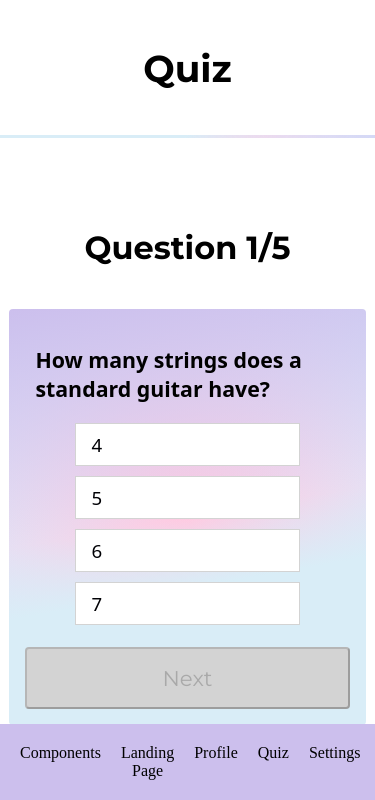
Repository: 1medi/pocketprof
Page: /quiz/page
These files come from the project's save history. The page is drawn as it stood at one moment and after the next save; the edit follows.
The browser window is 375 px wide. The pictures show the whole page.
The project was rebuilt for these pictures with package versions that can differ from the ones it lists, and the page was loaded fresh each time. The framework's server and built-in components were replaced by stand-ins that run in the browser. Also part of the build but not shown: next.config.mjs, Components/Buttons/Oscar/Oscar.module.css, Components/Buttons/Oscar/index.js.

Above is the page before, as saved 2024-04-13 21:38:48.

### pages/quiz/page.jsx
'use client';
import React, { useState, useRef, useEffect } from 'react';
import { quiz } from "../data"
import styles from "./page.module.css"
import { Montserrat } from "next/font/google"
import Header from '@/Components/Header';
import NavBar from "@/Components/Navbar"


const notoSans = Montserrat({
  subsets: ['latin'],
});

export default function Page() {
  const [activeQuestion, setActiveQuestion] = useState(0);
  const [selectedAnswer, setSelectedAnswer] = useState('');
  const [checked, setChecked] = useState(false);
  const [selectedAnswerIndex, setSelectedAnswerIndex] = useState(null);
  const [showResult, setShowResult] = useState(false);
  const [result, setResult] = useState({
    score: 0,
    correctAnswers: 0,
    wrongAnswers: 0,
  });

  const nextButtonRef = useRef(null);

  const { questions } = quiz;
  const { answers, correctAnswer } = questions[activeQuestion];

  const onAnswerSelected = (answer, idx, event = null) => {
    if (event && event.type === 'keydown' && (event.key !== 'Enter' && event.key !== ' ')) {
      return;
    }
    setChecked(true);
    setSelectedAnswerIndex(idx);
    if (answer === correctAnswer) {
      setSelectedAnswer(true);
      console.log('true');
    } else {
      setSelectedAnswer(false);
      console.log('false');
    }
  };


  useEffect(() => {
    if (checked && nextButtonRef.current) {
      nextButtonRef.current.focus();
    }
  }, [checked]);

  const nextQuestion = () => {
    setSelectedAnswerIndex(null);
    setResult((prev) =>
      selectedAnswer
        ? {
            ...prev,
            score: prev.score + 5,
            correctAnswers: prev.correctAnswers + 1,
          }
        : {...prev,
            wrongAnswers: prev.wrongAnswers + 1,
          }
    );
    if (activeQuestion !== questions.length - 1) {
      setActiveQuestion((prev) => prev + 1);
    } else {
      setActiveQuestion(0);
      setShowResult(true);
    }
    setChecked(false);
  };

  return (
    <>
    <Header name="Quiz"/>
      <div className={`${styles.container}`}>

      <div>
        <h2 className={styles.activeQ}>
          Question {activeQuestion + 1}
          <span>/{questions.length}</span>
        </h2>
      </div>
      <div>
        {!showResult ? (
          <div className={styles.quizContainer}>
            <h3 className={styles.question}>{questions[activeQuestion].question}</h3>
            {answers.map((answer, idx) => (
              <li
                key={idx}
                onClick={() => onAnswerSelected(answer, idx)}
                onKeyDown={(event) => onAnswerSelected(answer, idx, event)}
                className={`${styles.answerList} ${selectedAnswerIndex === idx ? styles.itemSelected : styles.itemHover}`}
                tabIndex={0}>
                <span>{answer}</span>
              </li>
            ))}

            <button
              ref={nextButtonRef}
              onClick={nextQuestion}
              className={checked ? styles.btn : styles.btnDisabled}
              tabIndex={2}
              disabled={!checked}>
              {activeQuestion === questions.length - 1 ? 'Finish' : 'Next'}
            </button>
          </div>
        ) : (
          <div className={styles.quizContainer}>
            <h3 className={styles.hthree}>Results</h3>
            <h3 className={styles.hthree}>Overall {(result.score / (questions.length * 5)) * 100}%</h3>
            <div className={styles.resultBox}>
              <p className={styles.paragraph}>
              Total Questions: <span>{questions.length}</span>
            </p>
            <p className={styles.paragraph}>
              Total Score: <span>{result.score}</span>
            </p>
            <p className={styles.paragraph}>
              Correct Answers: <span>{result.correctAnswers}</span>
            </p>
            <p className={styles.paragraph}>
              Wrong Answers: <span>{result.wrongAnswers}</span>
            </p>
            </div>
            <button className={styles.btn} onClick={() => window.location.reload()}>Restart</button>
          </div>
        )}
      </div>
    </div>
    <NavBar/>
    </>

  );
};

### styles/globals.css
:root {
background-color: white;
align-content: center;
--main-color-purple: #53239B;
--main-color-lightpurple: #CCBFED;
--secondary-color-blue: #9AB7F9;
--secondary-color-lightblue: #CCE3FB;

--font-header: 34pt ;
--font-section-header: 28pt;
--font-sub-header: 24pt;
--font-button: 16pt;
--font-body: 16pt;
--font-secondary: 14pt;
--font-tertiary:12pt;

--headings: "Montserrat", "sans-serif";;
--body-text: "Noto Sans", sans-serif;

}


* {
    padding: 0;
    margin: 0;
  }

  ol,
  ul {
    list-style: none;
  }

### pages/data.js
export const quiz = {
    totalQuestions: 5,
    questions: [
      {
        id: 1,
        question: 'How many strings does a standard guitar have?',
        answers: ['4', '5', '6', '7'],
        correctAnswer: '6',
      },
      {
        id: 2,
        question: 'Which part of the guitar do you strum or pluck the strings with?',
        answers: ['Headstock', 'Fretboard', 'Body', 'Bridge'],
        correctAnswer: 'Body',
      },
      {
        id: 3,
        question: 'What is a pick used for in playing the guitar?',
        answers: ['Holding the strings down', 'Strumming or plucking the strings', 'Keeping the guitar in tune', 'San Marino'],
        correctAnswer: 'Strumming or plucking the strings',
      },
      {
        id: 4,
        question: 'What is the name of the thickest string on the guitar?',
        answers: ['A string', 'E string', 'D string', 'G string'],
        correctAnswer: 'E string',
      },
      {
        id: 5,
        question: 'Where do you place your fingers to play different notes on the guitar?',
        answers: ['On the body', 'On the headstock', 'On the strings over the fretboard', 'On the tuning pegs'],
        correctAnswer: 'On the strings over the fretboard',
      },
    ],
  };

### pages/quiz/page.module.css

@media only screen and (max-width:431px) {
  .container{
  padding: 1rem 0;
  background-color: white;
  width: 95%;
  margin: auto;
  margin-top: 3rem;
  border-radius: 10px;
  font-size: var(--font-body);

}

.activeQ{
  color: black;
  text-align: center;
  padding:10px;
  font-family: var(--headings);
}

.question{
  font-family: var(--body-text);
  font-size: var(--font-body);
  margin: 20px 10px;

}

.hthree {
  padding-bottom: 2rem;
  color: #000105;
  font-size: 1.8rem;
  font-family: var(--headings);
  font-size: var(--font-sub-header);
}

.btn {
  padding: 16px 8px;
  width: 100%;
  margin-top: 12px;
  font-size: var(--font-button);
  border-radius: 5px;
  cursor: pointer;
  background-color: var(--main-color-purple);
  color: white;
  font-family: var(--headings);
  align-self: center;
}

.btnDisabled {
  background-color: lightgray;
  padding: 16px 8px;
  width: 100%;
  margin-top: 12px;
  font-size: var(--font-button);
  border-radius: 4px;
  color: darkgray;
  font-family: var(--headings);
}

.answerList {
  list-style-type: none;
  cursor: pointer;
  margin: 10px 50px;
  padding: 8px 15px;
  color: #000105;
  border: 1.5px solid lightgray;
  background-color: white;
  font-family: var(--body-text);
  font-size: var(--font-secondary);
}


.activeQ{
  margin: 1rem;
}

.itemHover:hover {
  background-color: #CCBFED;
  columns: #fff;
}

.itemSelected {
  color: #474747;
  background-color:#8E71D5;
}

.quizContainer {
  background: linear-gradient(-10deg, #d9edf7 35%, rgba(237, 202, 216, 0) 50%, var(--main-color-lightpurple)), radial-gradient(circle, #ffcae1 0, #daeafc 100%);
  padding: 1rem;
  margin-top: 2rem;
  border-radius: 4px;
}

.paragraph {
  padding: 8px 0;
  font-size: var(--font-body);
  font-family: var(--body-text);
  margin: 10px;
  padding: 8px 30px;
  color: #000105;
  border-bottom: 1.5px solid lightgray;
  background-color: white;
}

.resultBox{
  background-color: white;
  padding: 2rem;
  width: fit-content;
  display: flex;
  flex-direction: column;
  align-self: center;

}

}

### Components/Header/index.js
import styles from "@/Components/Header/Header.module.css"
import Link from "next/link"
import { Montserrat } from "next/font/google"

const montserrat = Montserrat({
  subsets: ['latin'],
});
export default function Header({name}){
  return (
    <>
    <header className={styles.header}>

      <h1 className={styles.headerTitle}>{name}</h1>
    </header>
    </>
  )
}

### Components/Navbar/index.js
import styles from "./Navbar.module.css"
import Oscar from "@/Components/Buttons/Oscar"
import Link from "next/link"

export default function NavBar() {
  return (
    <nav className={styles.nav}>
        <div className={styles.navContainer}>
          <ul className={styles.navOptions}>
            <li className={styles.navLink}>
            <Link href={'/Components'} className={styles.navText}>Components </Link>
            </li>
            <li className={styles.navLink}>
            <Link href={'/LandingPage'} className={styles.navText}>Landing Page </Link>
            </li>
            <li className={styles.navLink}>
            <Link href={'/Profile'} className={styles.navText}>Profile </Link>
            </li>
            <li className={styles.navLink}>
            <Link href={'/QuizPage'} className={styles.navText}>Quiz</Link>
            </li>
            <li className={styles.navLink}>
            <Link href={'/Settings'} className={styles.navText}>Settings</Link>
            </li>
            <li className={styles.navLink}>
            <Link href={'/Subjects'} className={styles.navText}>Subjects</Link>
            </li>
          </ul>

        </div>
    </nav>
  )
}

### Components/Header/Header.module.css
.header{
  max-height: 400;
  height: 6em;
  position: relative;
  padding: 1.3rem;
  backdrop-filter: blur(10px);
  }

  .header::before {
    content: "";
    position: absolute;
    inset: 0;
    border-bottom: 3px solid transparent;
    background: linear-gradient(140deg,  #d9edf7 35%, rgba(237, 202, 216, 0) 50%, var(--main-color-lightpurple)), radial-gradient(circle, #ffcae1 0, #daeafc 100%) border-box;
    mask: linear-gradient(#fff 0 0) padding-box, linear-gradient(#fff 0 0);
    mask-composite: exclude;
  }


.headerTitle{
  text-align: center;
  margin:auto;
  display: flex;
  justify-content: center;
  color: black;
  padding-top: 25px;
  font-family: var(--headings);
  font-size: var(--font-section-header);
}

### Components/Navbar/Navbar.module.css
@media only screen and (max-width:430px) {
  .nav {
  position: fixed;
  bottom: 0;
  left: 0;
  width: 100%;
  display: flex;
  flex-direction: row;
  background-color:var(--main-color-lightpurple);
  justify-content: space-around;
}

.navContainer{
  position: relative;
  justify-content: space-around;
  width: 100%;
}
.buttonContainer{
  padding:10px;

}

.navOptions{
  display: flex;
  flex-direction: row;
  text-align: center;
  justify-content: space-around;
  padding: 10px;
  text-decoration: none;
}

.navLink{
  padding: 10px;
  border-radius: 10px;
  text-decoration: none;
  list-style: none;
  position: relative;
  justify-content: center;
}

.image:hover{
  background-color: #8b82a4;
}

.navText{
  text-decoration: none;
  list-style: none;
  color:black;
}

.navText:visited{
  text-decoration: none;
  list-style: none;
  color: black;
}
}

Loaded but not shown: pages/_app.js (common file); pages/_document.js (common file)

After the next save:
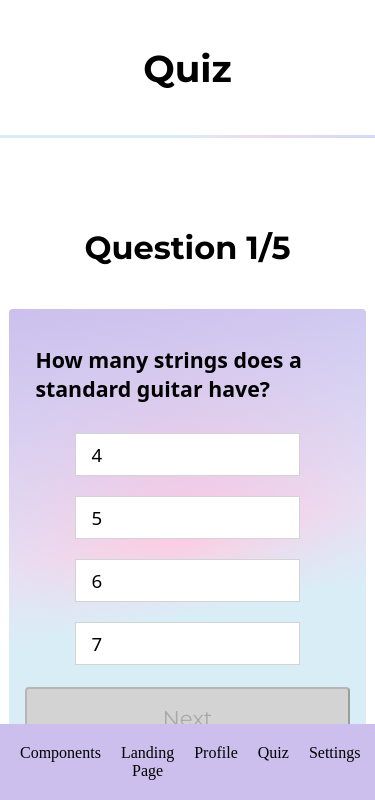
Saved 46 s later.
--- a/pages/quiz/page.module.css
+++ b/pages/quiz/page.module.css
@@ -89,6 +89,10 @@
   padding: 1rem;
   margin-top: 2rem;
   border-radius: 4px;
+  display: flex;
+  flex-direction: column;
+  justify-content: center;
+
 }
 
 .paragraph {
